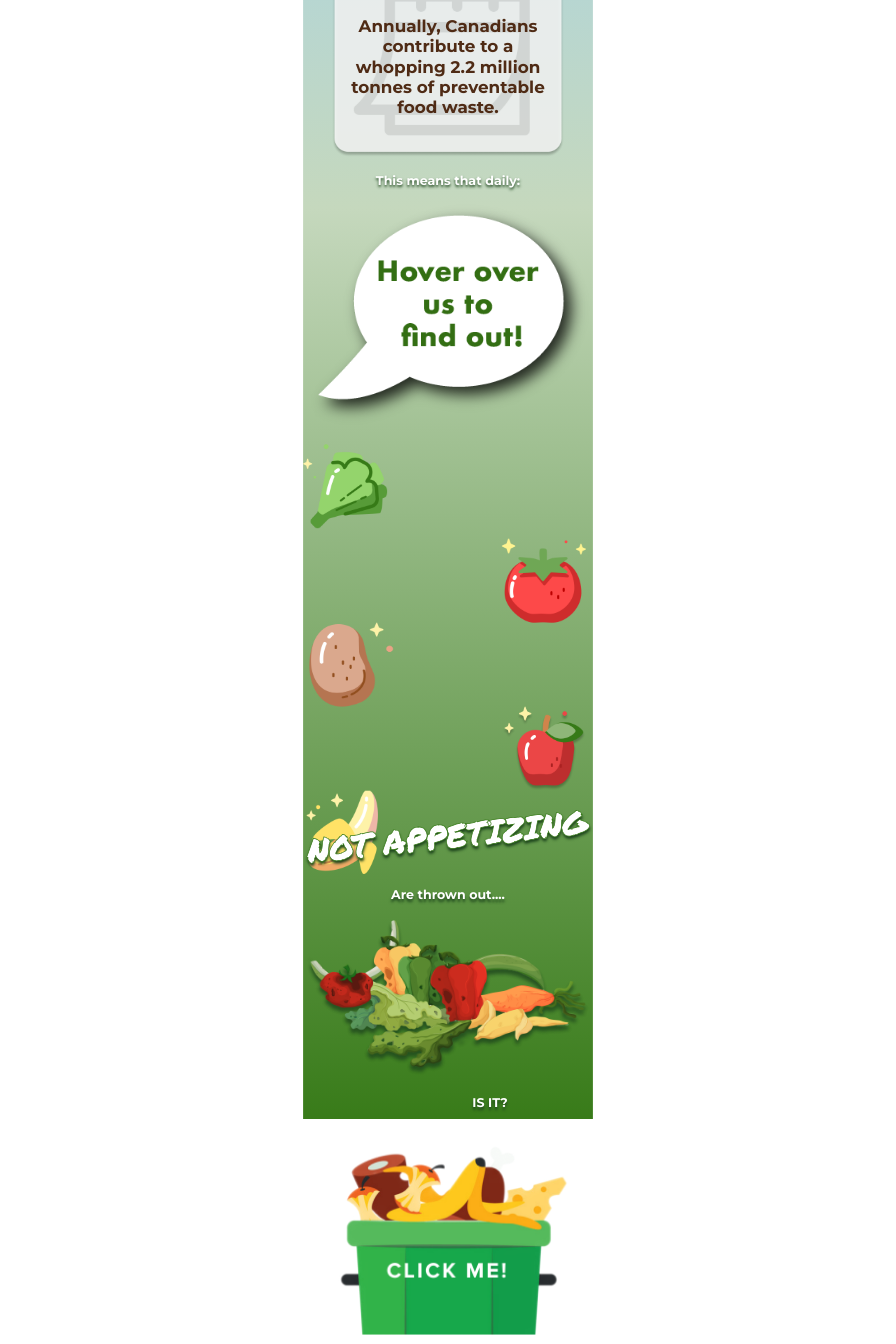
Repository: zoelake/DCDmidterm
Page: page1/index.html
These files come from the project's save history. The page is drawn as it stood at one moment and after the next save; the edit follows.
The browser window is 1280 px wide. The pictures show the part of the page from y = 1001 to 2921 px (the page is 2940 px tall before and 2800 px after), at 70% of full size.

Above is the page before, as saved 2021-03-08 18:29:47.

### page1/index.html
<!DOCTYPE html>
<html lang="en">

<head>
    <meta charset="UTF-8">
    <meta http-equiv="X-UA-Compatible" content="IE=edge">
    <meta name="viewport" content="width=device-width, initial-scale=1.0">
    <title>Midterm project</title>
    <link rel="stylesheet" href="./style.css">
    <link rel="preconnect" href="https://fonts.gstatic.com">
    <link href="https://fonts.googleapis.com/css2?family=Montserrat:wght@300&display=swap" rel="stylesheet">
    <link rel="preconnect" href="https://fonts.gstatic.com">
    <link href="https://fonts.googleapis.com/css2?family=Montserrat:wght@300;700&display=swap" rel="stylesheet">
    <link rel="preconnect" href="https://fonts.gstatic.com">
    <link href="https://fonts.googleapis.com/css2?family=Permanent+Marker&display=swap" rel="stylesheet">
</head>

<body>

    <div id="main">
        <img id="cloud" alt="cloud" src="images/cloud.png">
        <img id="graphic1"
            alt="The impact of the food supply chain on our environment & why you should go grow your own food"
            src="images/graphic1.png">
        <img id="garden" alt="veggie garden" src="images/garden.png">
        <h2 id="text-fact">DID YOU KNOW?</h2>
        <img id="calendar" alt="calendar icon" src="images/calendar.png">
        <p id="calendar-text">Annually, Canadians contribute to a whopping 2.2 million tonnes of preventable food waste.
        </p>
        <p class="list-text" id="daily">This means that daily:</p>

        <div id="hover">
            <img src="./images/hover.png" alt="hover over us to find out" id="hoverimg">
        </div>
        <h3></h3>

        <div class="produce-left">
            <img class="food" alt="lettuce" id="lettuce-img" onmouseover="HoverLetUp()" onmouseout="HoverLetDown()"
                src="./images/lettuce.png">
            <p class="text-left" id="lettuce-text" style="opacity: 0; transition: opacity 1.5s">47,000<br>HEADS OF
                LETTUCE</p>
        </div>

        <div class="produce-right">
            <p class="text-right" id="tomato-text" style="opacity: 0; transition: opacity 1.5s">1,200,000<br>TOMATOES
            </p>
            <img class="food left-food" src="./images/tomatoe.png" id="tomatoe-img" alt="tomatoe"
                onmouseover="HoverTomUp()" onmouseout="HoverTomDown()">
        </div>

        <div class="produce-left">
            <img class="food" alt="potatoe" id="potatoe" src="./images/potatoe.png" onmouseover="HoverPotUp()"
                onmouseout="HoverPotDown()">
            <p class="text-left short-text" id="potato-text" style="opacity: 0; transition: opacity 1.5s">
                2,400,000<br>POTATOES</p>
        </div>

        <div class="produce-right">
            <p class="text-right" id="apple-text" style="opacity: 0; transition: opacity 1.5s">1,225,000<br>APPLES</p>
            <img class="food left-food" alt="apple" src="./images/apple.png" id="apple-img" onmouseover="HoverAppUp()"
                onmouseout="HoverAppDown()">
        </div>

        <div class="produce-left">
            <img class="food" id="banana" alt="banana" src="./images/banana.png" onmouseover="HoverBanUp()"
                onmouseout="HoverBanDown()">
            <p class="text-left short-text" id="banana-text" style="opacity: 0; transition: opacity 1.5s">
                555,000<br>BANANAS</p>
        </div>

        <p class="list-text">Are thrown out....</p>

        <img id="rotten-veggies" alt="rotten veggies" src="images/rotten-veggies.png">
        <h2 id="text-waste">NOT APPETIZING</h2>
        <p id="waste" class="list-text">IS IT?</p>

        <img id="basket" alt="shopping basket" src="images/basket.png" onclick="NextPage()">


    </div>
    <script src="animate.js"></script>
</body>

</html>

### page1/style.css
html, body {
  margin:0;
  /* overflow-y: hidden; */
}

body {
  display: flex;
  justify-content: center;
  align-items: center;
}

#main{
  position: relative;
  width: 414px;
  height: 2600px;
  background-image: linear-gradient(#65A9D9, #A7D4E9, #C5D8BD, #7EAA6A, #387B19);
}

img{
    width: 100%;
}

h2{
    text-align: center;
    font-size: 46px;
    left: 4px;
    font-family: 'Permanent Marker', cursive;
    -webkit-text-stroke-width: 1px;
    -webkit-text-stroke-color: #367A17;
}

#text-fact{
    color: #6BB25A;
}

#text-waste{
    color: white;
    text-shadow: 0px 4px 4px #1F471E;
    position: absolute;
    top: 2125px;
    transform: rotate(-6deg);
}

#waste{
    position: relative;
    left: 60px;
}

#calendar{
    width: 80%;
    padding: 0 10%;
}

#calendar-text{
    position: absolute;
    width: 76%;
    padding: 0 12%;
    text-align: center;
    top: 1000px;
    z-index: 2;
    color: #4F2B15;
}

p{
    color: white;
    font-family: 'Montserrat', sans-serif;
    font-weight: 900;
    font-size: 24px;
}

.list-text{
    font-size: 18px;
    text-align: center;
    text-shadow: 0px 4px 4px #1F471E;
}

.produce-left{
    display: flex;
    flex-direction: row;
    justify-content: center;
    left: 0;
    width: 100%;
}

.produce-right{
    display: flex;
    position: relative;
    flex-direction: row;
    justify-content: flex-end;
    width: 100%;
    right: 0;
}

.food{
   position: relative;
   width: 120px;
   height: 120px;
}

.text-left, .text-right{
    text-shadow: 0px 4px 4px #1F471E;
    letter-spacing: 5px;
}

.text-left {
    position: relative;
    left: 15px;
}

.short-text{
    position: relative;
    left: -40px;
}

.text-right {
   position: relative;
   right: 35px;
   text-align: right;
}

#banana {
    left: -70px;
}

#potatoe {
    left: -50px;
}

.left-food {
    position: relative;
    right: 10px;
}

### page1/animate.js
var lettuce = document.querySelector("#lettuce-img");
var tomatoe = document.querySelector("#tomatoe-img");
var potatoe = document.querySelector("#potatoe");
var apple = document.querySelector("#apple-img");
var banana = document.querySelector("#banana");

function HoverLetUp() {
    lettuce.style.bottom = "15px";
}

function HoverLetDown() {
    lettuce.style.bottom = "0px";
}

function HoverTomUp() {
    tomatoe.style.bottom = "15px";
}

function HoverTomDown() {
    tomatoe.style.bottom = "0px";
}

function HoverPotUp() {
    potatoe.style.bottom = "15px";
}

function HoverPotDown() {
    potatoe.style.bottom = "0px";
}

function HoverAppUp() {
    apple.style.bottom = "15px";
}

function HoverAppDown() {
    apple.style.bottom = "0px";
}

function HoverBanUp() {
    banana.style.bottom = "15px";
}

function HoverBanDown() {
    banana.style.bottom = "0px";
}

function NextPage() {
    //this will need to be changed once i have a link to the next page
    var url = "https://www.bcit.ca/";
    location.replace(url);
}

After the next save:
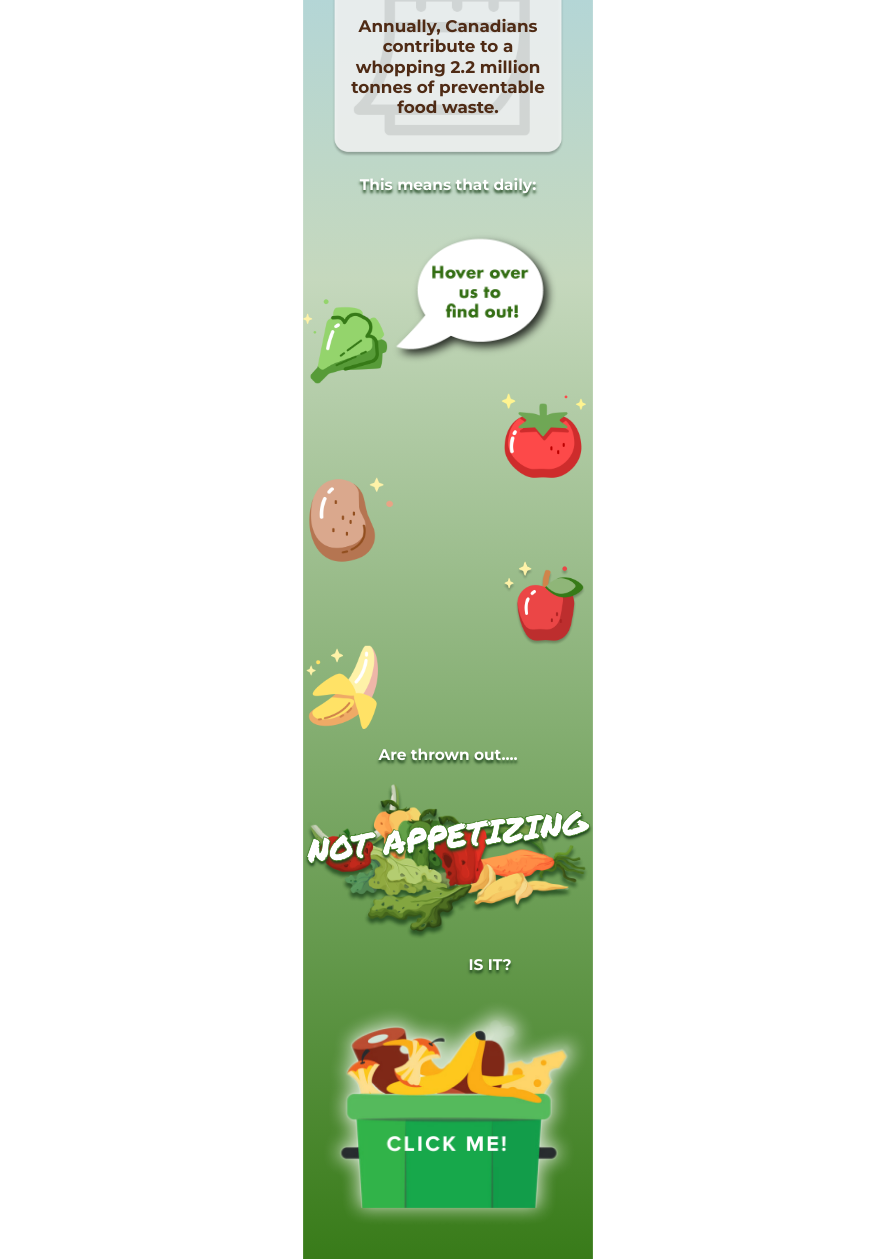
Saved 59 min 35 s later.
--- a/page1/style.css
+++ b/page1/style.css
@@ -12,7 +12,7 @@
 #main{
   position: relative;
   width: 414px;
-  height: 2600px;
+  height: 2800px;
   background-image: linear-gradient(#65A9D9, #A7D4E9, #C5D8BD, #7EAA6A, #387B19);
 }
 
@@ -44,6 +44,7 @@
 #waste{
     position: relative;
     left: 60px;
+    top: -10px;
 }
 
 #calendar{
@@ -69,7 +70,7 @@
 }
 
 .list-text{
-    font-size: 18px;
+    font-size: 22px;
     text-align: center;
     text-shadow: 0px 4px 4px #1F471E;
 }
@@ -130,3 +131,17 @@
     position: relative;
     right: 10px;
 }
+
+#daily {
+    margin-bottom: 150px;
+}
+
+#hover {
+    display: flex;
+    object-fit: cover;
+    width: 60%;
+    position: absolute;
+    top: 1330px;
+    left: 120px;
+    transition: top 1s, width 1s;
+}
